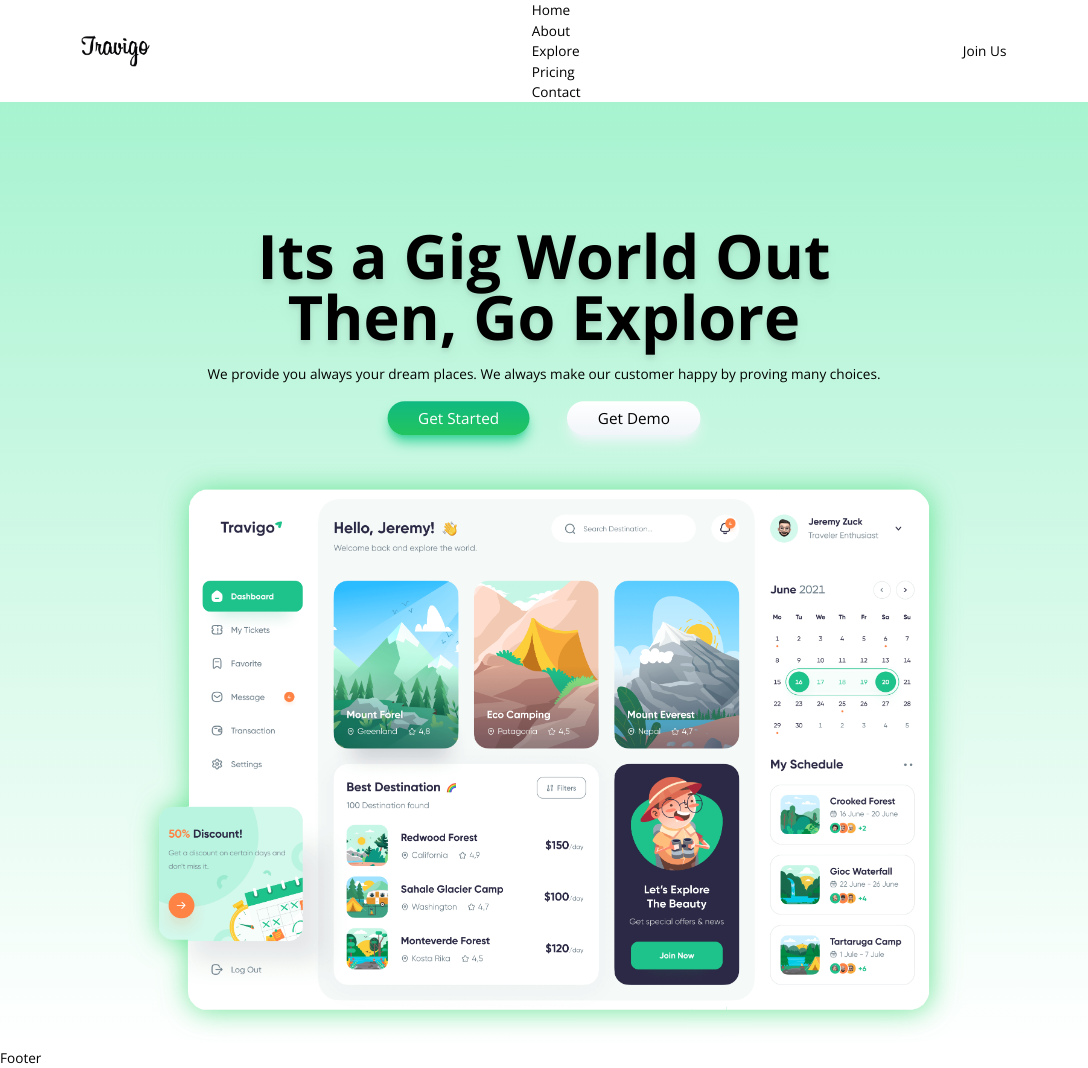
Repository: ThiAlbani83/travigo-travel-app
Page: /
The author's editor kept a copy of each file at every save. The page is drawn from the files as they stood at one save, then again after the next save.
The browser window is 1280 px wide. The pictures show the whole page, at 85% of full size.
The project was rebuilt for these pictures with package versions that can differ from the ones it lists, and the page was loaded fresh each time. Also part of the build but not shown: vite.config.js.

Above is the page before, as saved 2023-03-20 23:42:26.

After the next save:
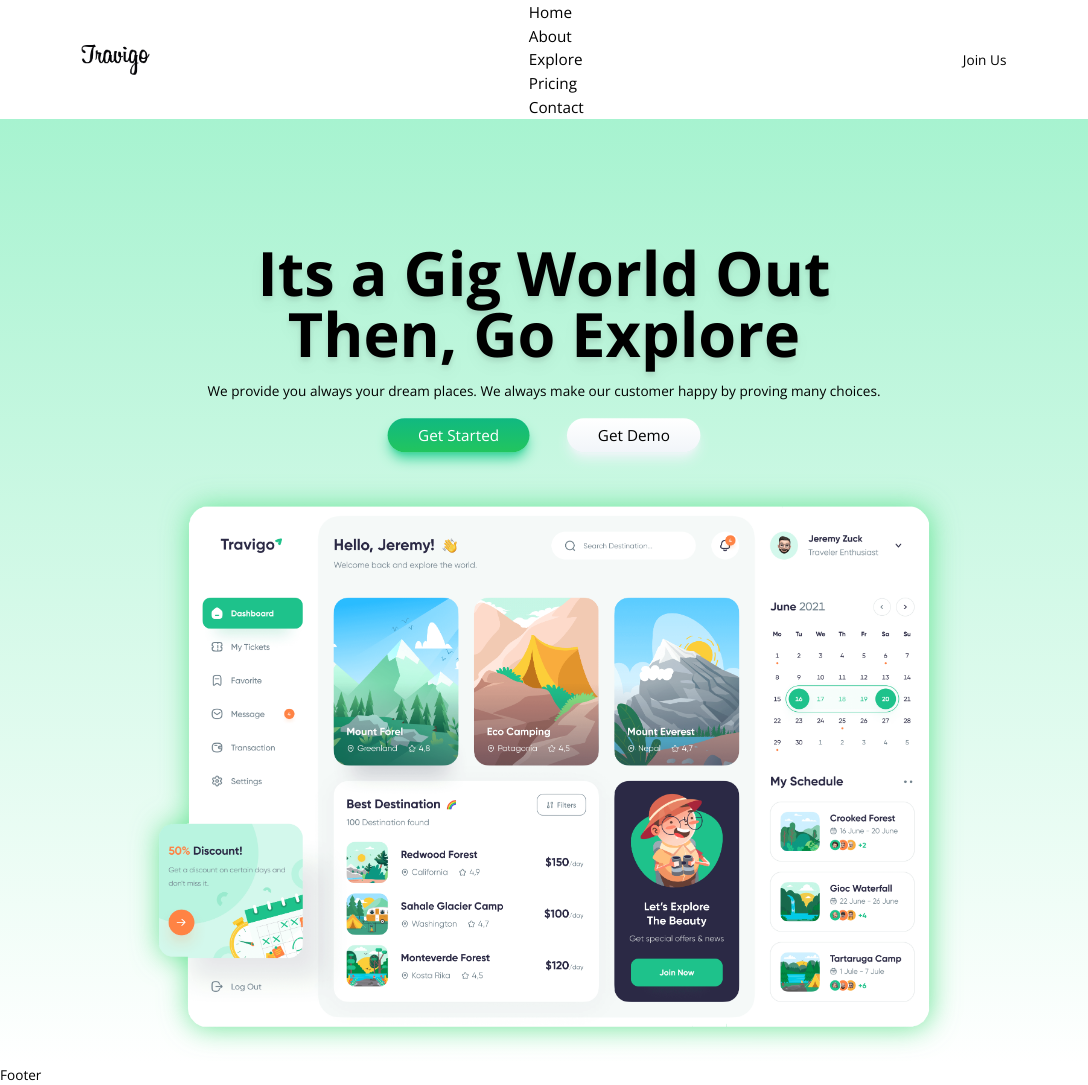
Saved 20 s later.
--- a/src/components/Navbar.jsx
+++ b/src/components/Navbar.jsx
@@ -13,7 +13,7 @@
           <ul>
            {navlinks?.map((val, index) => (
             <li key={index}>
-              <NavLink to={'#'} className=''>{val.link}</NavLink>
+              <NavLink to={'#'} className='text-lg'>{val.link}</NavLink>
             </li>
            ))}
           </ul>
